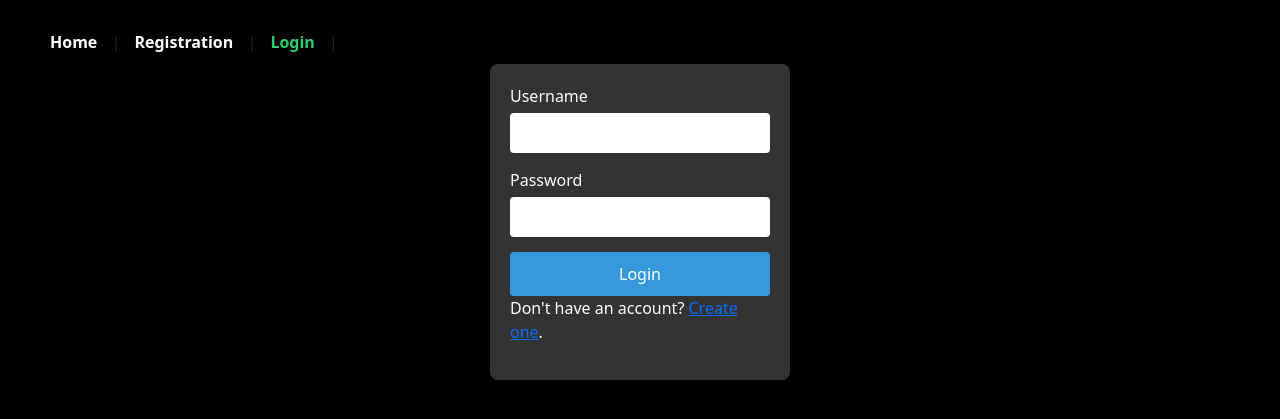
Repository: ag1372/RutgersHealthHackathon
Page: /login (app in ruhealthhack/)
These files come from the project's save history. The page is drawn as it stood at one moment and after a run of saves; the edit follows.
The browser window is 1280 px wide. The pictures show the whole page.
The project was rebuilt for these pictures with package versions that can differ from the ones it lists, and the page was loaded fresh each time. Also part of the build but not shown: ruhealthhack/vue.config.js, ruhealthhack/views/Home.vue, ruhealthhack/views/Registration.vue.

Above is the page before, as saved 2023-11-04 17:14:02.

### ruhealthhack/public/index.html
<!DOCTYPE html>
<html lang="">
  <head>
    <meta charset="utf-8">
    <meta http-equiv="X-UA-Compatible" content="IE=edge">
    <meta name="viewport" content="width=device-width,initial-scale=1.0">
    <!-- <link rel="stylesheet" href="/styles.css"> -->
  </head>
  <body>
    <div id="app"></div>
  </body>
</html>

### ruhealthhack/src/main.js
import { createApp } from 'vue';
import App from './App.vue';
import router from './router';
import '/styles.css';
import 'bootstrap/dist/css/bootstrap.min.css';
import 'bootstrap';


const app = createApp(App);
app.use(router);
app.mount('#app');

### ruhealthhack/src/App.vue
<template>

  <nav>
      <router-link to="/"> Home </router-link> |
      <router-link to="/registration">Registration</router-link> |
      <router-link to="/login">Login</router-link> |
  </nav>
    <router-view></router-view>
</template>

<script>

</script>

### ruhealthhack/src/router/index.js
// src/router/index.js
import { createRouter, createWebHistory } from 'vue-router';
import Home from '/views/Home.vue';
import Login from '/views/Login.vue';
import Registration from '/views/Registration.vue';

// Create a new router instance with our route definitions
const router = createRouter({
  history: createWebHistory(), // Use the history mode to avoid hashes in URLs
  routes: [
    {
      path: '/',
      name: 'Home',
      component: Home,
    },
    {
      path: '/login',
      name: 'Login',
      component: Login,
    },
    {
      path: '/registration',
      name: 'Registration',
      component: Registration,
    },
    // Add more routes as needed
  ],
});

export default router;

### ruhealthhack/styles.css
/* styles.css */
body {
    margin: 0;
    font-family: 'Helvetica Neue', Helvetica, Arial, sans-serif;
    color: white;
  }

  #app {
    text-align: left;
    padding: 20px;
    min-height: 100vh; /* This ensures that the app element covers the whole viewport height */
    background-color: #000;

  }

  nav {
    background-color: #000;
    padding: 10px 20px;
  }

  nav a {
    color: white;
    text-decoration: none;
    margin: 0 10px;
    font-weight: bold;
  }

  nav a:hover {
    color: #3498db;
  }

  nav a.router-link-exact-active {
    color: #2ecc71;
  }

### ruhealthhack/views/Login.vue
<template>
    <div class="login-container">
      <form @submit.prevent="login">
        <div class="form-group">
          <label for="username">Username</label>
          <input type="text" id="username" v-model="credentials.username" required>
        </div>
        <div class="form-group">
          <label for="password">Password</label>
          <input type="password" id="password" v-model="credentials.password" required>
        </div>
        <button type="submit">Login</button>
      </form>
      <p>
      Don't have an account? <router-link to="/registration">Create one</router-link>.
      </p>
    </div>
  </template>

  <script>
  export default {
    name: 'HomeLogin',
    data() {
      return {
        credentials: {
          username: '',
          password: ''
        }
      };
    },
    methods: {
      login() {
        // Handle login logic here
        console.log('Logging in with:', this.credentials);
        // You would replace the above console.log with actual login logic
      }
    }
  }
  </script>

  <style scoped>
  .login-container {
    max-width: 300px;
    margin: auto;
    padding: 20px;
    background-color: #333;
    color: white;
    border-radius: 8px;
    box-shadow: 0 2px 10px rgba(0, 0, 0, 0.3);
  }

  .form-group {
    margin-bottom: 15px;
  }

  label {
    display: block;
  }

  input[type="text"],
  input[type="password"] {
    width: 100%;
    padding: 8px;
    margin-top: 5px;
    border-radius: 4px;
    border: none;
  }

  button {
    width: 100%;
    padding: 10px;
    border: none;
    border-radius: 4px;
    background-color: #3498db;
    color: white;
    cursor: pointer;
  }

  button:hover {
    background-color: #2980b9;
  }

  </style>

After the next 2 saves:
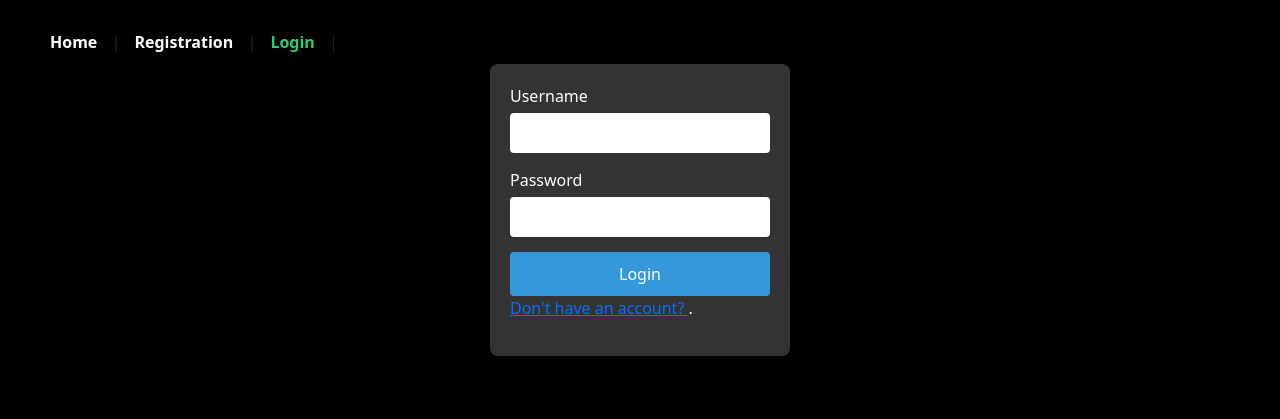
The 2 saves are shown as one change because they came seconds apart.
The last was saved 23 s later.
--- a/ruhealthhack/views/Login.vue
+++ b/ruhealthhack/views/Login.vue
@@ -12,7 +12,7 @@
         <button type="submit">Login</button>
       </form>
       <p>
-      Don't have an account? <router-link to="/registration">Create one</router-link>.
+       <router-link to="/registration">Don't have an account? </router-link>.
       </p>
     </div>
   </template>
